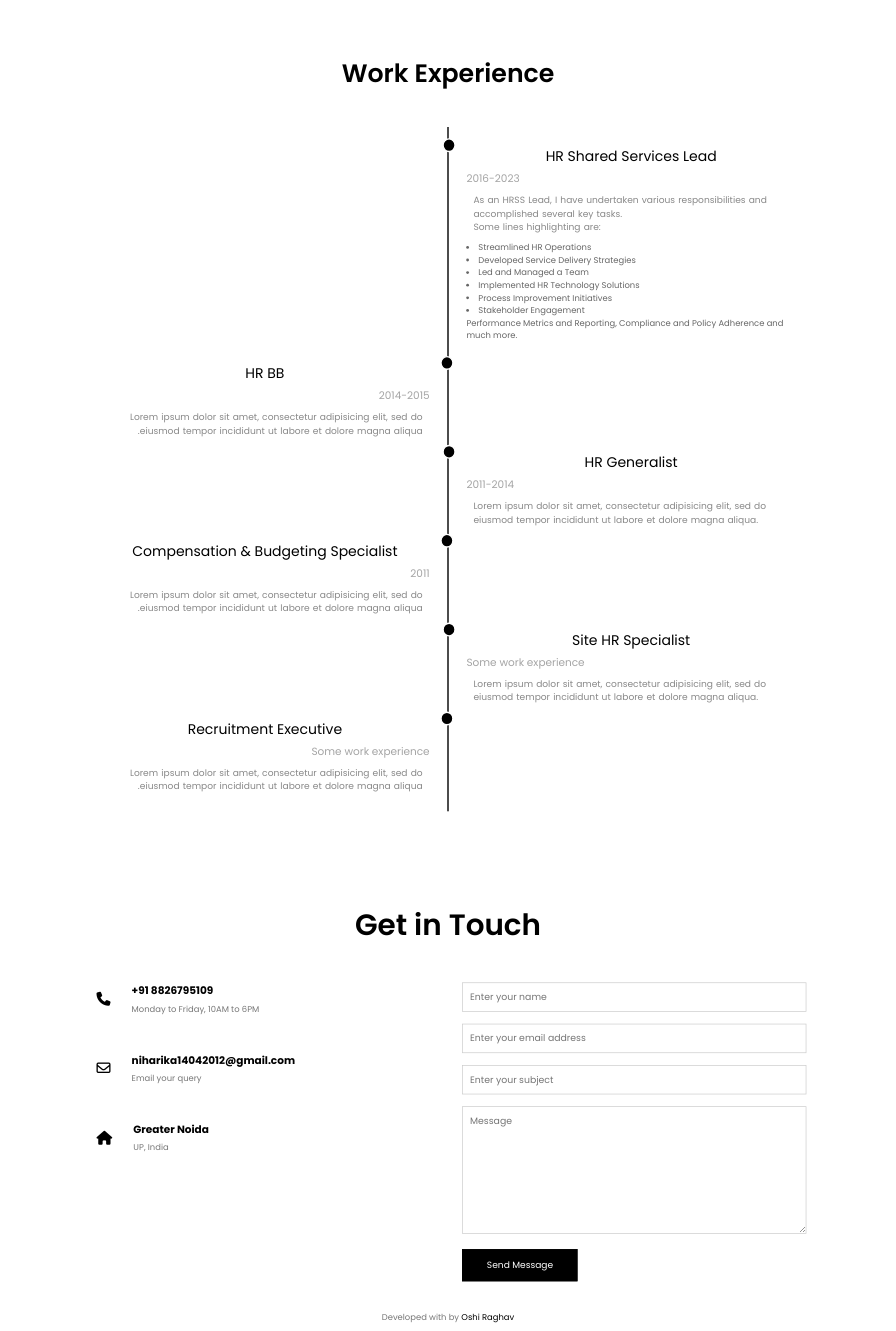
Repository: xoshiraghavx/Niharika-portfolio
Page: index.html
An editor plug-in stored every save of this project. The page is shown before and after the next save, followed by the edit.
The browser window is 1280 px wide. The pictures show the part of the page from y = 1329 to 3249 px (the page is 3231 px tall before and 3249 px after), at 70% of full size.
Some web libraries are served in a nearby version.

Above is the page before, as saved 2023-06-16 10:39:26.

### index.html
<!DOCTYPE html>
<html lang="en">
<head>
    <meta charset="UTF-8">
    <meta http-equiv="X-UA-Compatible" content="IE=edge">
    <meta name="viewport" content="width=device-width, initial-scale=1.0">
    <title>Niharika Singh | Portfolio</title>
    <link rel="stylesheet" href="../css/index.css">
    <link rel="preconnect" href="https://fonts.googleapis.com">
<link rel="preconnect" href="https://fonts.gstatic.com" crossorigin>
<link href="https://fonts.googleapis.com/css2?family=Poppins:wght@100;200;300;400;600;700&family=Righteous&display=swap" rel="stylesheet">
<link rel="stylesheet" href="https://stackpath.bootstrapcdn.com/font-awesome/4.7.0/css/font-awesome.min.css">
<link rel="stylesheet" href="./css/particle.css">
<link href="https://unpkg.com/aos@2.3.1/dist/aos.css" rel="stylesheet">
<link rel="icon" href="./img/image.jpg">

</head>
<body>
    <section class="header" id="head">
        <div id="particles-js">
        <nav>
            <div class="logo">
                <h2>NS</h2>
            </div>
            <div class="nav-links" id="navLinks">
                <i class="fa fa-times" onclick="hideMenu()"></i>
                <ul>
                    <li><a href="#head">HOME</a></li>
                    <li><a href="#about">ABOUT</a></li>
                    <li><a href="#work">WORK</a></li>
                    <li><a href="#contact">CONTACT</a></li>
                </ul>
            </div>
            <div class="social">
                    <div><a href="https://www.linkedin.com/in/niharika-singh-54130b13/" target="_blank"><i class="fa-brands fa-linkedin"></i></a></div>
                    <div><a href="https://www.facebook.com/people/Niharika-Singh/pfbid0zDJLjq1fehJWAvFLc7zkpJ6FsEs1uDxExLjwh94ZH389RFf4Q5YAZHgxJCLQanLsl/" target="_blank"><i class="fa-brands fa-facebook"></i></a></div>
                    <div><a href="https://www.instagram.com/niharika14042012/" target="_blank"><i class="fa-brands fa-instagram"></i></a></div>
            </div>
        </nav>

        <div id="home"data-aos="zoom-in" data-aos-duration="1000">
            <div class="img">
                <p style="color: #c5c1c1; font-weight: 600;">Hello, I'm</p>
            </div>
            <h1 class="hh1">NIHARIKA SINGH</h1>
            <div class="p1"data-aos="fade-in" data-aos-delay="1300"data-aos-duration="1000">
                <p>As an HR professional, I nurture a harmonious and productive workforce.</p>
            </div>
            <div class="container">
                <a href="#about">
                <div class="field" >
                    <div class="mouse"></div>
                </div>
            </a>
            </div>
    </div>
    </section>

<!-- ---------About----------------- -->
<section class="about-us" id="about">
    <div class="row1">
        <div class="about-col">
            <h1>About me</h1>
            <p>Lorem ipsum dolor sit amet consectetur adipisicing elit. Voluptates unde necessitatibus consectetur aut, quisquam at, dolorem, deleniti deserunt a error officia? Quas, quos. Nemo assumenda fugiat dolore ad illo soluta.Lorem ipsum dolor sit amet consectetur adipisicing elit. Voluptates unde necessitatibus consectetur aut, quisquam at, dolorem, deleniti deserunt a error officia? Quas, quos. Nemo assumenda fugiat dolore</p>
        </div>
    </div>
    <div class="bar">
        <div class="count">
            <div class="exp">
                <h1>17+</h1>
            </div>
            <div class="exp_name">
                <h4>Years</h4>
            </div>
        </div>
        <div class="count">
            <div class="exp">
                <h1>5</h1>
            </div>
            <div class="exp_name">
                <h4>Domain of HR</h4>
            </div>
        </div>
        <div class="count">
            <div class="exp">
                <h1>2</h1>
            </div>
            <div class="exp_name">
                <h4>Green Field Project </h4>
            </div>
        </div>
        <div class="count">
            <div class="exp">
                <h1>10+</h1>
            </div>
            <div class="exp_name">
                <h4>Processes </h4>
            </div>
        </div>
    </div>
    <div class="skills">
        <ul>
            <li>HR Shared Services setup</li>
            <li>Expat Management</li>
            <li>Global Center Setup</li>
        </ul>
        <ul>
            <li>HR Transformation & Digitization</li>
            <li>ERP enablement & Integration</li>
            <li>Process Simplification</li>
        </ul>
    </div>
    <div class="cv">
        <button><a href="./img/CV-Niharika Singh.pdf">Download CV </a><i class="fa fa-download"></i></button>
    </div>
</section>
<!-- ------------Timeline------------- -->
<section id="work">
    <h1>Work Experience</h1>
    <div class="timeline">
            <div class="timeline-block timeline-block-right">
               <div class="marker"></div>
               <div class="timeline-content">
                  <h3>HR Shared Services Lead </h3>
                  <span>2016-2023</span>
                  <p>As an HRSS Lead, I have undertaken various responsibilities and accomplished several key tasks.
                    <br>Some lines highlighting are:
                    <li>Streamlined HR Operations</li>
                    <li>Developed Service Delivery Strategies</li>
                    <li>Led and Managed a Team</li>
                    <li>Implemented HR Technology Solutions</li>
                    <li>Process Improvement Initiatives</li>
                    <li>Stakeholder Engagement</li> Performance Metrics and Reporting, Compliance and Policy Adherence and much more. </p>
               </div>
            </div>
            <div class="timeline-block timeline-block-left">
               <div class="marker"></div>
               <div class="timeline-content">
                  <h3>HR BB</h3>
                  <span>2014-2015</span>
                  <p>Lorem ipsum dolor sit amet, consectetur adipisicing elit, sed do eiusmod tempor incididunt ut labore et dolore magna aliqua.</p>
               </div>
            </div>
            <div class="timeline-block timeline-block-right">
                <div class="marker"></div>
                <div class="timeline-content">
                   <h3>HR Generalist</h3>
                   <span>2011-2014</span>
                   <p>Lorem ipsum dolor sit amet, consectetur adipisicing elit, sed do eiusmod tempor incididunt ut labore et dolore magna aliqua.</p>
                </div>
             </div>
            <div class="timeline-block timeline-block-left">
               <div class="marker"></div>
               <div class="timeline-content">
                  <h3>Compensation & Budgeting Specialist </h3>
                  <span>2011</span>
                  <p>Lorem ipsum dolor sit amet, consectetur adipisicing elit, sed do eiusmod tempor incididunt ut labore et dolore magna aliqua.</p>
               </div>
            </div>

            <div class="timeline-block timeline-block-right">
               <div class="marker"></div>
               <div class="timeline-content">
                  <h3>Site HR Specialist </h3>
                  <span>Some work experience</span>
                  <p>Lorem ipsum dolor sit amet, consectetur adipisicing elit, sed do eiusmod tempor incididunt ut labore et dolore magna aliqua.</p>
               </div>
            </div>

            <div class="timeline-block timeline-block-left">
               <div class="marker"></div>
               <div class="timeline-content">
                  <h3>Recruitment Executive </h3>
                  <span>Some work experience</span>
                  <p>Lorem ipsum dolor sit amet, consectetur adipisicing elit, sed do eiusmod tempor incididunt ut labore et dolore magna aliqua.</p>
               </div>
            </div>
    </div>
</section>
<section class="contact-us" id="contact">
    <h1>Get in Touch
    </h1>
    <div class="row">
        <div class="contact-col">
            <div>
                 <i class="fa fa-phone"></i>
                 <span>
                     <h5><a href="tel: +918178788527">+91 8826795109</a></h5>
                     <p>Monday to Friday, 10AM to 6PM</p>
                 </span>
            </div>
            <div>
                 <i class="fa fa-envelope-o"></i>
                 <span>
                     <h5><a href="mailto: niharika14042012@gmail.com ">niharika14042012@gmail.com</a></h5>
                     <p>Email your query</p>
                 </span>
            </div>
            <div>
                <i class="fa fa-home"></i>
                <span>
                    <h5><a href="https://www.google.com/maps/place/Greater+Noida,+Uttar+Pradesh/@28.4985622,77.3511809,11z/data=!3m1!4b1!4m6!3m5!1s0x390cea64b8f89aef:0xec0ccabb5317962e!8m2!3d28.4743879!4d77.5039904!16zL20vMGN3OXEy?entry=ttu" target="_blank">Greater Noida</a></h5>
                    <p>UP, India</p>
                </span>
           </div>
        </div>
        <div class="contact-col">
            <form action="https://formcarry.com/s/P6GKrEghsf" method="POST" accept-charset="UTF-8">
                <input type="text" name="name" placeholder="Enter your name" required>
                <input type="email" name="email" placeholder="Enter your email address" required>
                <input type="text" name="subject" placeholder="Enter your subject" required>
                <textarea rows="8" name="message" placeholder="Message" required></textarea>
                <button type="submit" class="hero-btn">Send Message</button>
            </form>
        </div>
    </div>
</section>
<!-- --------footer--------- -->
<section class="footer">
    <p style="text-align: center;">Developed with by <a href="https://www.linkedin.com/in/oshiraghav/" target="_blank">Oshi Raghav</a></p>
</section>

<!-- ---------------javascript----------------->
    	<script src=
		"particles.js-master/particles.js">
	</script>
	<script src=
		"/particles.js-master/demo/js/app.js">
	</script>
     <script src="https://unpkg.com/aos@2.3.1/dist/aos.js"></script>
    <script>
     AOS.init();
    </script>
    <script src="https://kit.fontawesome.com/b6191824ce.js" crossorigin="anonymous"></script>
</body>
</html>

### css/particle.css
/* ---- reset ---- */

body {
    margin: 0;
    font:normal 75% Arial, Helvetica, sans-serif;
  }

  canvas {
    display: block;
    vertical-align: bottom;
  }

  /* ---- particles.js container ---- */

  #particles-js {
    position: absolute;
    width: 100%;
    height: 100vh;
    background-color: #000000;
  }

  /* ---- stats.js ---- */

  .count-particles{
    background: #ff0000;
    position: absolute;
    top: 48px;
    left: 0;
    width: 80px;
    color: #13E8E9;
    font-size: .8em;
    text-align: left;
    text-indent: 4px;
    line-height: 14px;
    padding-bottom: 2px;
    font-family: Helvetica, Arial, sans-serif;
    font-weight: bold;
  }

  .js-count-particles{
    font-size: 1.1em;
  }

  #stats,
  .count-particles{
    -webkit-user-select: none;
  }

  #stats{
    border-radius: 3px 3px 0 0;
    overflow: hidden;
  }

  .count-particles{
    border-radius: 0 0 3px 3px;
  }

Loaded but not shown: particles.js-master/particles.js (common file); particles.js-master/demo/js/app.js (133 lines, source omitted); css/index.css (436 lines, source omitted)

After the next save:
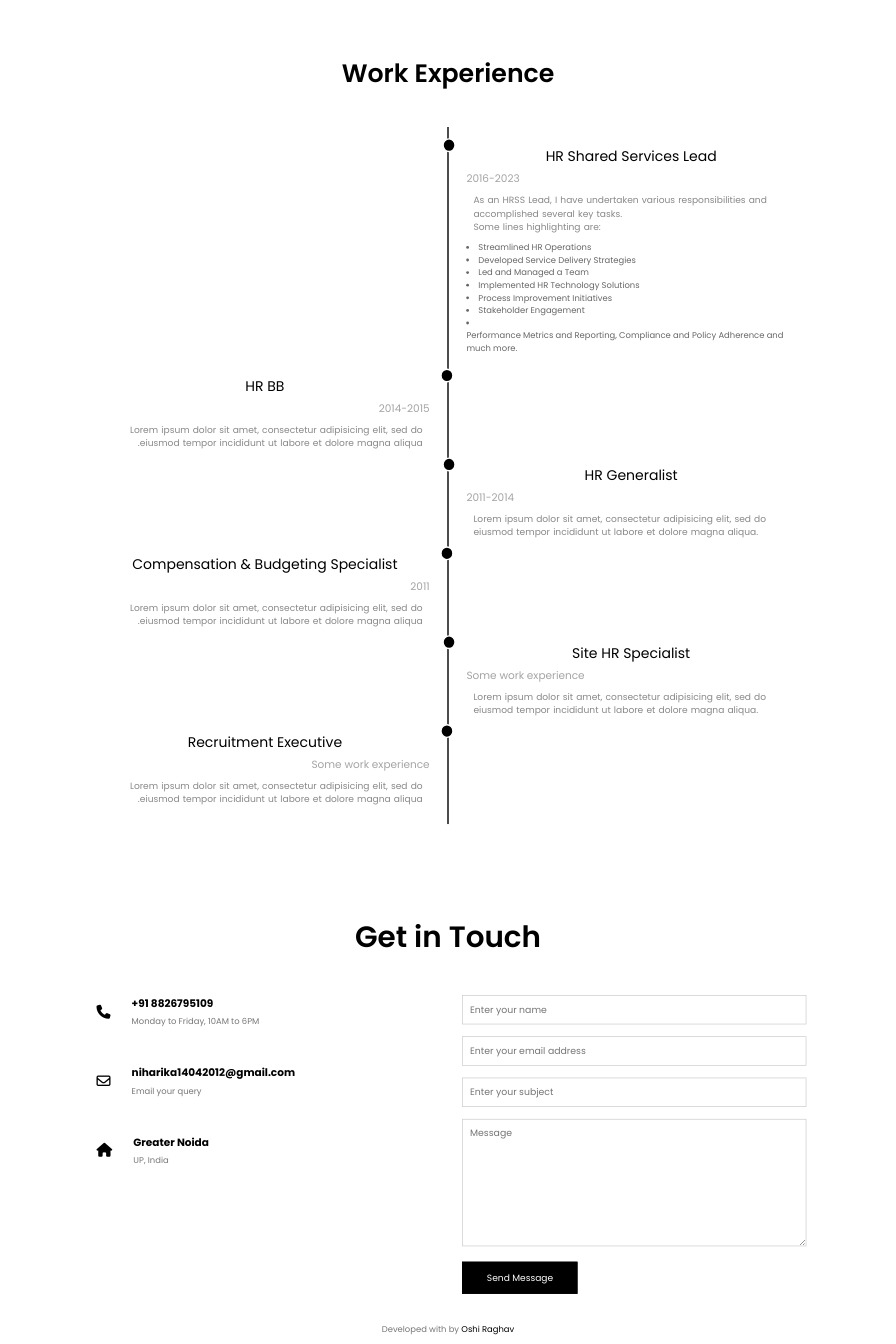
Saved 4 s later.
--- a/index.html
+++ b/index.html
@@ -130,7 +130,8 @@
                     <li>Led and Managed a Team</li>
                     <li>Implemented HR Technology Solutions</li>
                     <li>Process Improvement Initiatives</li>
-                    <li>Stakeholder Engagement</li> Performance Metrics and Reporting, Compliance and Policy Adherence and much more. </p>
+                    <li>Stakeholder Engagement</li>
+                    <li></li> Performance Metrics and Reporting, Compliance and Policy Adherence and much more. </p>
                </div>
             </div>
             <div class="timeline-block timeline-block-left">

After the 2 saves that followed:
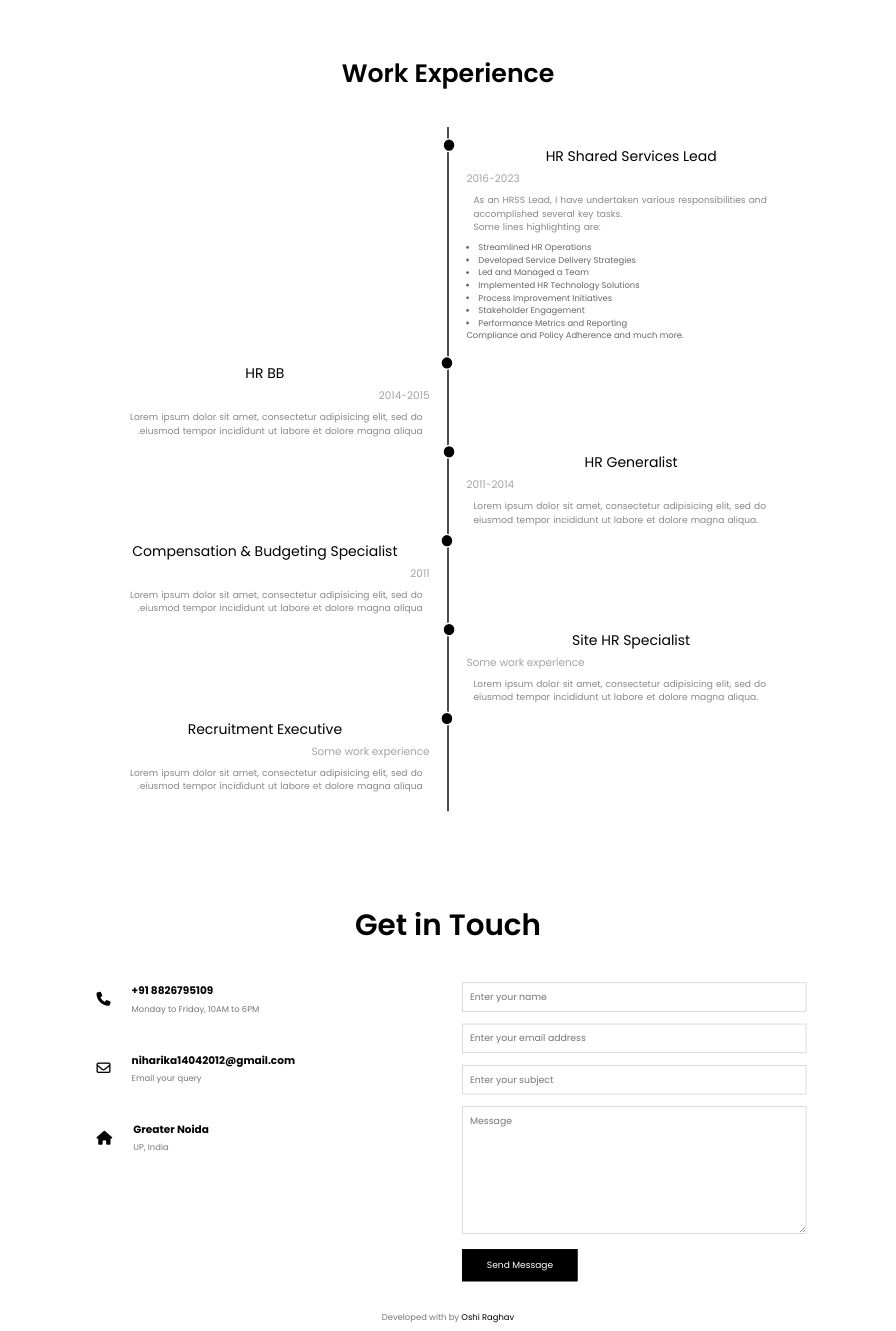
The 2 saves are shown as one change because they came seconds apart.
The last was saved 8 s later.
--- a/index.html
+++ b/index.html
@@ -131,7 +131,7 @@
                     <li>Implemented HR Technology Solutions</li>
                     <li>Process Improvement Initiatives</li>
                     <li>Stakeholder Engagement</li>
-                    <li></li> Performance Metrics and Reporting, Compliance and Policy Adherence and much more. </p>
+                    <li>Performance Metrics and Reporting</li>  Compliance and Policy Adherence and much more. </p>
                </div>
             </div>
             <div class="timeline-block timeline-block-left">
